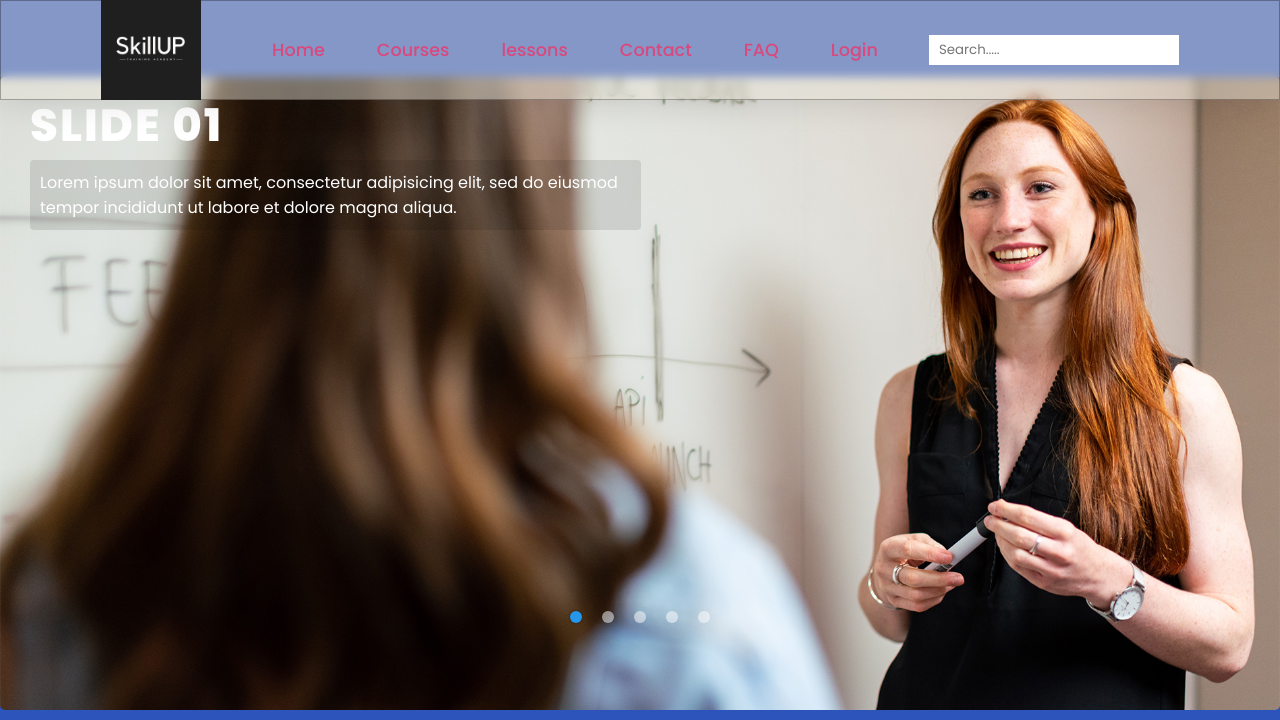
Repository: 2tzz/SkillUp-Academy
Page: home.html
An editor plug-in stored every save of this project. The page is shown before and after the next save, followed by the edit.
The browser window is 1280 px wide. The pictures show the whole page.
Some web fonts or font styles are not loaded; a fallback is used.

Above is the page before, as saved 2022-10-22 16:00:27.

After the next save:
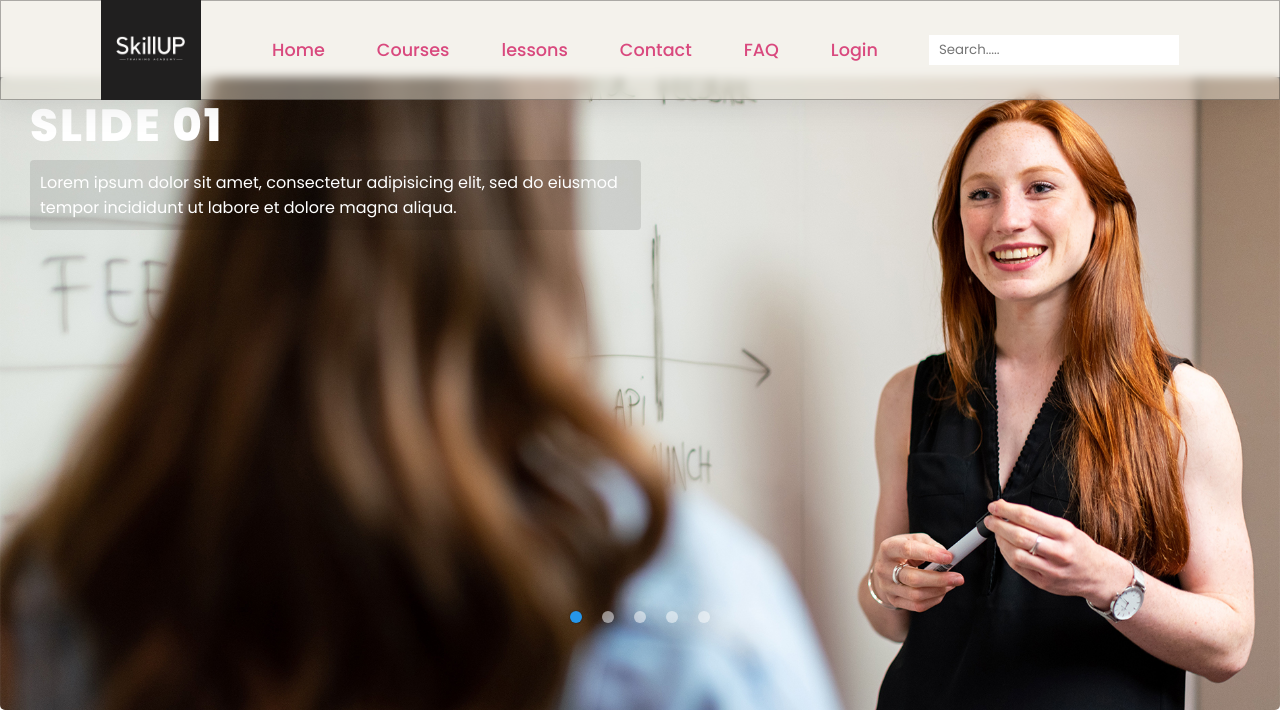
Saved 50 s later.
--- a/CSS/home.css
+++ b/CSS/home.css
@@ -15,7 +15,6 @@ body{
     display: flex;
     justify-content: center;
     align-items: center;
-    background: #2c54ba;
 
 }
 
